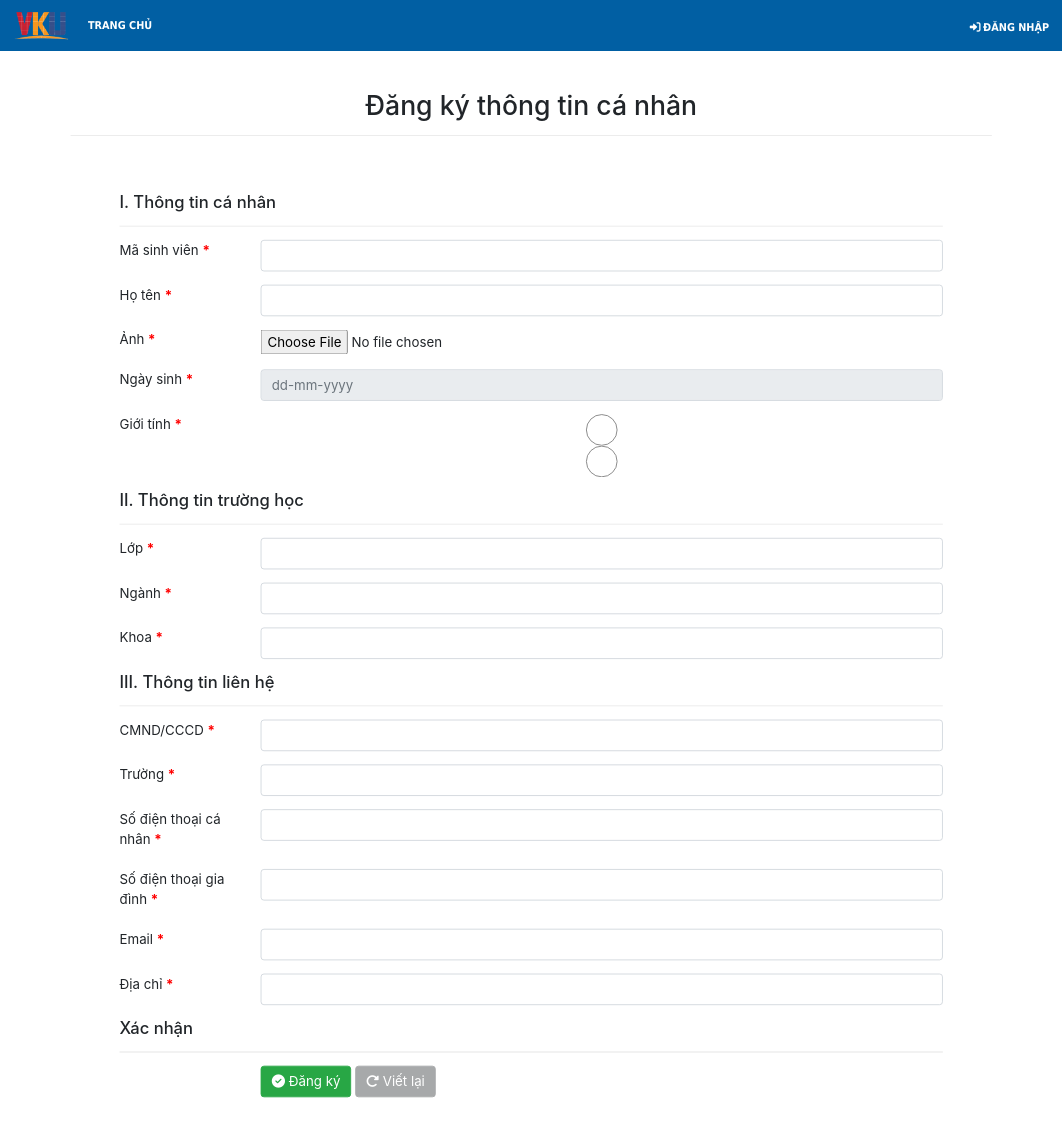
Repository: nguyenmanhtruongdat/javaServletFinalEx
Page: http://localhost/test/register-infor-student.jsp
The author's editor kept a copy of each file at every save. The page is drawn from the files as they stood at one save, then again after the next save.
The browser window is 1280 px wide. The pictures show the whole page, at 83% of full size.
Some web libraries are served in a nearby version. The page is served by Tomcat 9.

Above is the page before, as saved 2022-07-06 14:19:03.

After the next save:
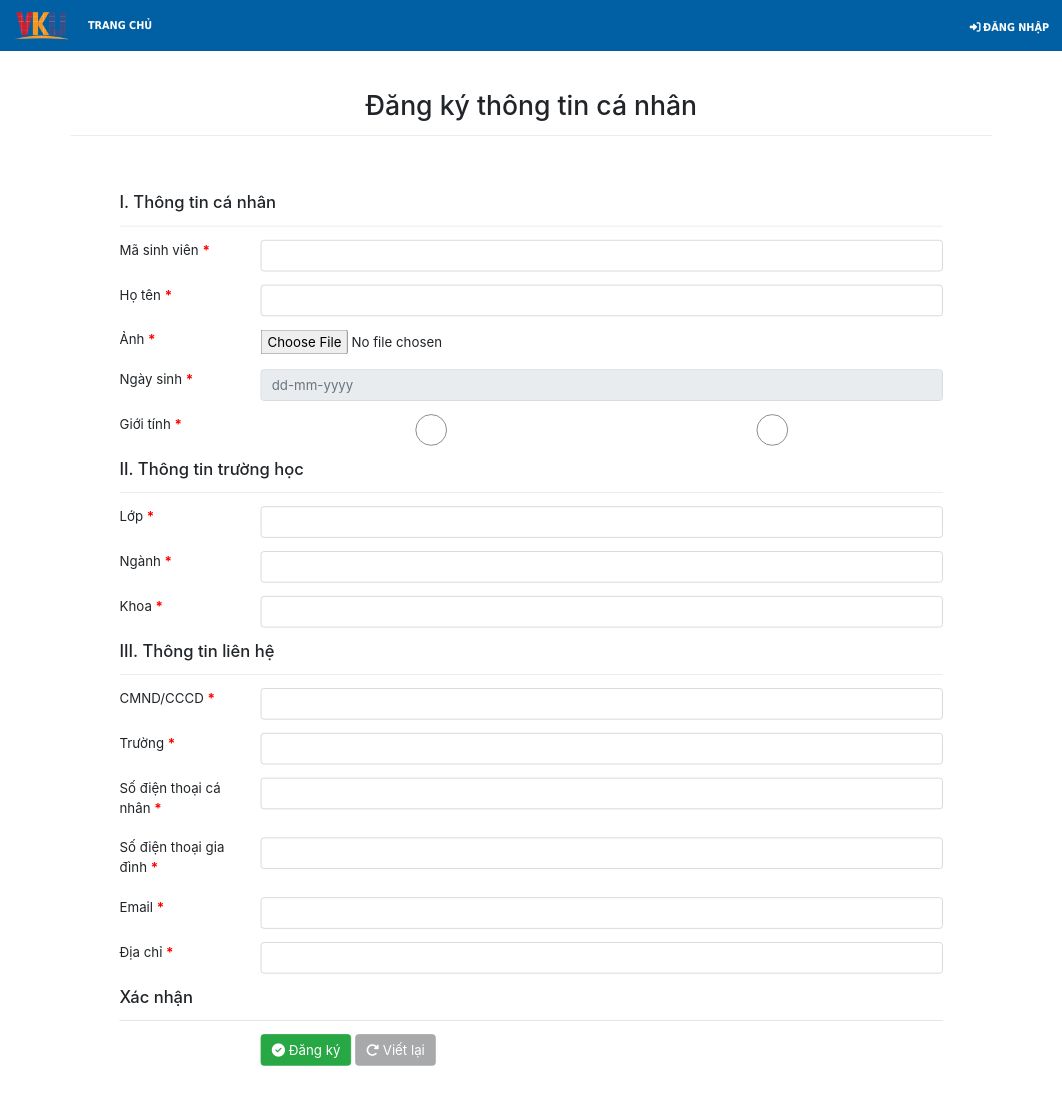
Saved 28 s later.
--- a/vku/ktx/test/src/main/webapp/register-infor-student.jsp
+++ b/vku/ktx/test/src/main/webapp/register-infor-student.jsp
@@ -217,7 +217,7 @@
 												</div>
 											</div>
 											<div class="col-md-10">
-												<div class="form-group">
+												<div class="form-group" style="display: flex;">
 														<input type="radio" name="gioitinh" value="1" required="required" class="form-control"
 															id="gioitinh">
 														<input type="radio" name="gioitinh" value="0" required="required" class="form-control"
